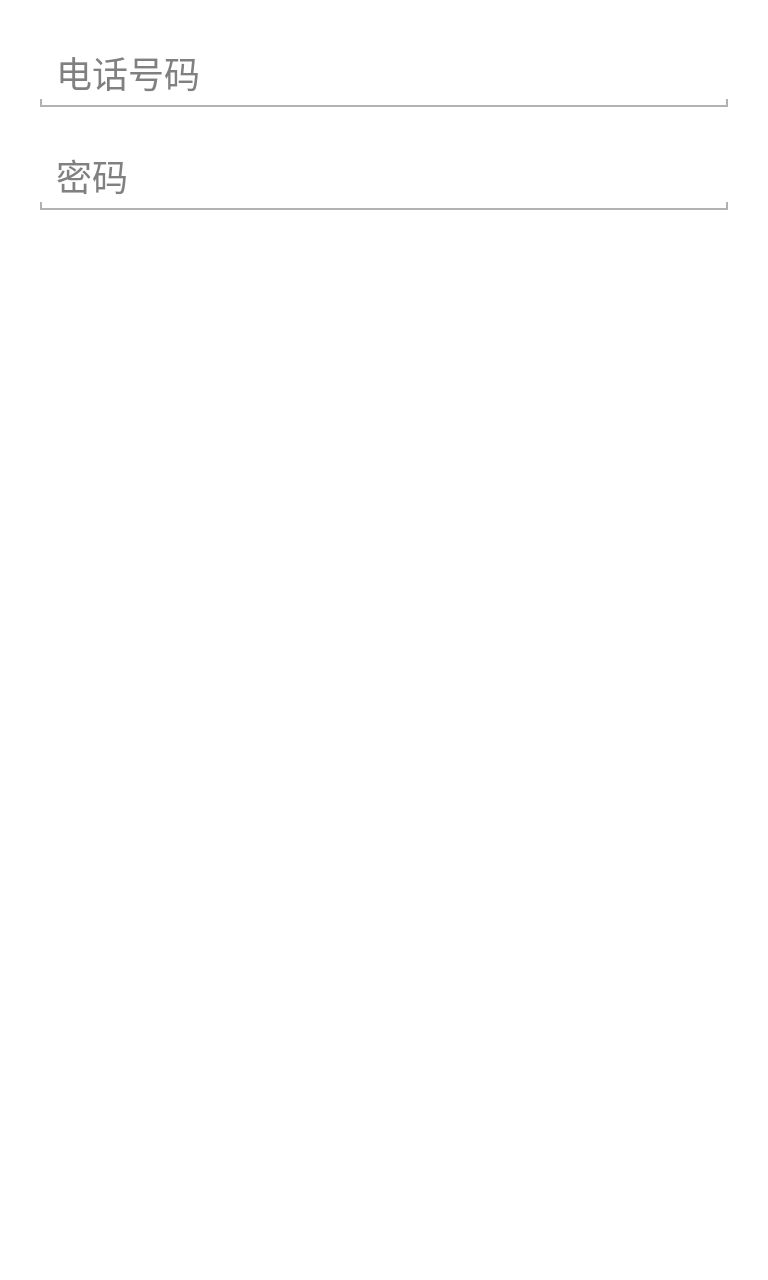
Repository: sonyi/androidClass
Layout: androidClass/day03/ViewTest/res/layout/activity_main.xml
These files come from the project's save history. The layout is drawn as it stood at one moment and after the next save; the edit follows.
It is drawn on a 768 x 1280 px phone screen (xhdpi) without system bars, with theme AppTheme; the app's code is not run.

Above is the layout before, as saved 2014-05-28 08:00:27.

After the next save:
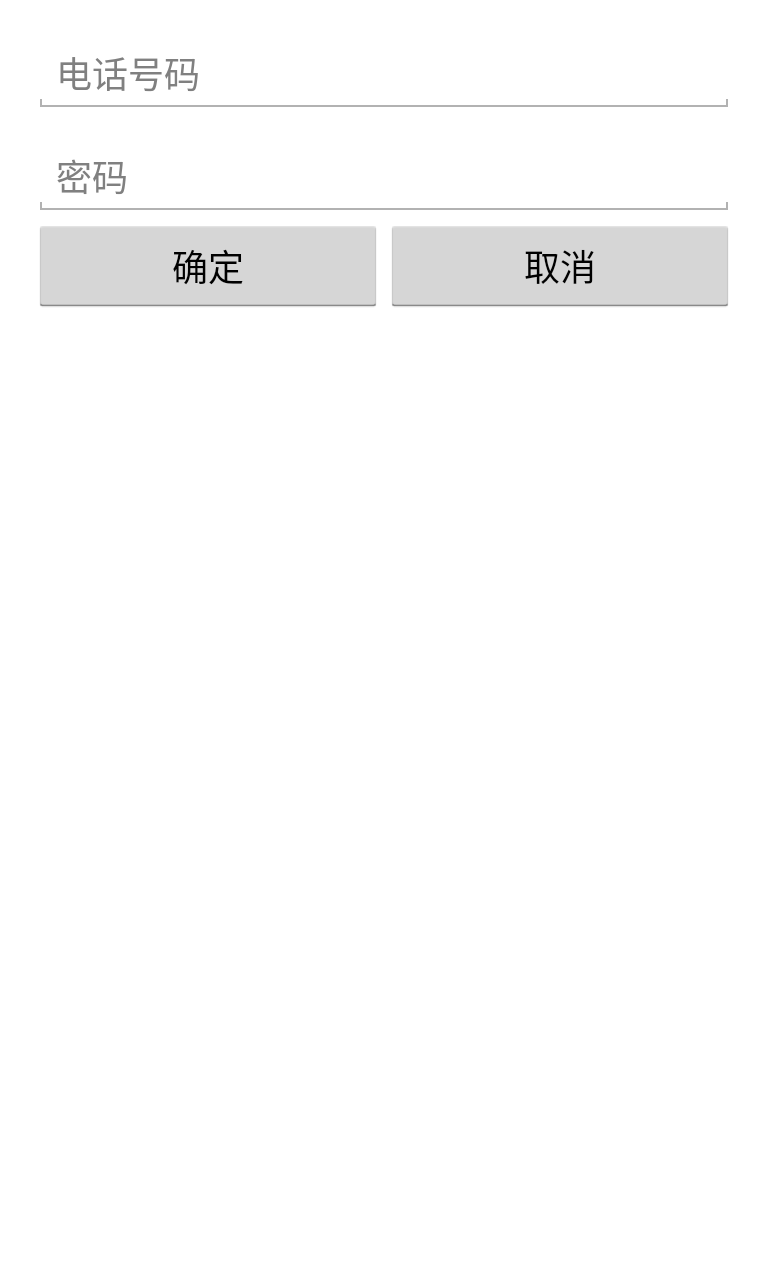
Saved 36 s later.
--- a/androidClass/day03/ViewTest/res/layout/activity_main.xml
+++ b/androidClass/day03/ViewTest/res/layout/activity_main.xml
@@ -36,14 +36,14 @@
             android:layout_width="0dp"
             android:layout_height="wrap_content"
             android:text="确定"
-            android:width="1" />
+            android:layout_weight="1" />
 
         <Button
             android:id="@+id/id_quit"
             android:layout_width="0dp"
             android:layout_height="wrap_content"
             android:text="取消"
-            android:width="1" />
+            android:layout_weight="1" />
     </LinearLayout>
 
 </RelativeLayout>
